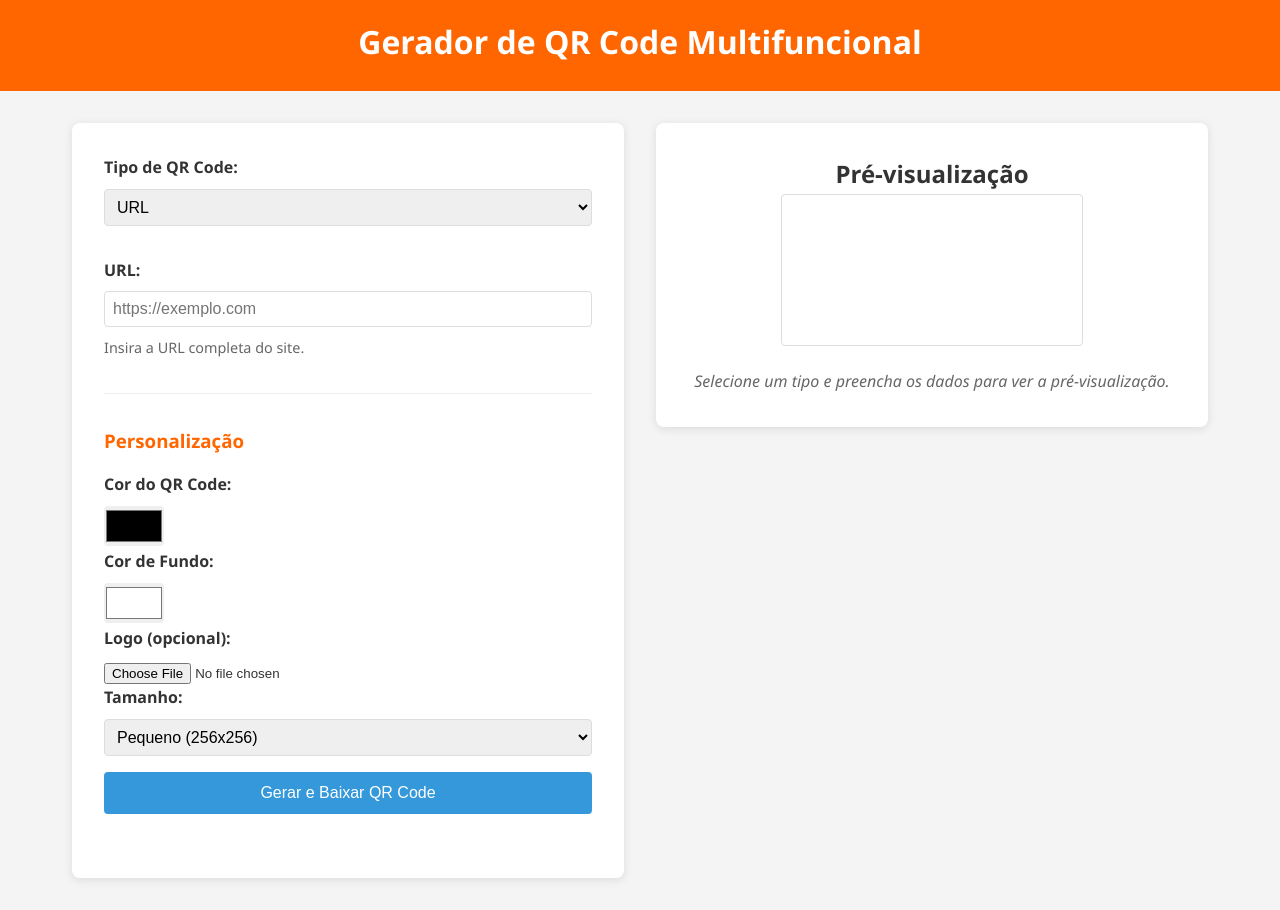
Repository: davyjales/qr-generator-site
Page: public/index.html
An editor plug-in stored every save of this project. The page is shown before and after the next save, followed by the edit.
The browser window is 1280 px wide. The pictures show the whole page.

Above is the page before, as saved 2025-10-22 21:54:11.

### public/index.html
<!DOCTYPE html>
<html lang="pt-BR">
<head>
  <meta charset="UTF-8">
  <meta name="viewport" content="width=device-width, initial-scale=1.0">
  <title>Gerador de QR Code Multifuncional</title>
  <link rel="stylesheet" href="style.css">
  <script src="https://cdnjs.cloudflare.com/ajax/libs/qrcodejs/1.0.0/qrcode.min.js"></script>
</head>
<body>
  <header>
    <h1>Gerador de QR Code Multifuncional</h1>
  </header>

  <main>
    <div class="container">
      <div class="form-section">
        <div class="type-selector">
          <label for="qr-type">Tipo de QR Code:</label>
          <select id="qr-type">
            <option value="url">URL</option>
            <option value="vcard">vCard Profissional</option>
            <option value="file">PDF ou Imagem</option>
            <option value="text">Texto</option>
            <option value="wifi">Wi-Fi</option>
          </select>
        </div>

        <form id="qr-form">
          <!-- URL Form -->
          <div id="url-form" class="form-group">
            <label for="url-input">URL:</label>
            <input type="url" id="url-input" name="url" placeholder="https://exemplo.com" required>
            <small>Insira a URL completa do site.</small>
          </div>

          <!-- vCard Form -->
          <div id="vcard-form" class="form-group hidden">
            <label for="name">Nome:</label>
            <input type="text" id="name" name="name" required>
            <label for="company">Empresa:</label>
            <input type="text" id="company">
            <label for="position">Cargo:</label>
            <input type="text" id="position">
            <label for="phone">Telefone:</label>
            <input type="tel" id="phone">
            <label for="email">E-mail:</label>
            <input type="email" id="email">
            <label for="website">Site:</label>
            <input type="url" id="website">
            <label for="address">Endereço:</label>
            <textarea id="address"></textarea>
            <small>Preencha os campos para gerar um cartão de contato profissional.</small>
          </div>

          <!-- File Upload Form -->
          <div id="file-form" class="form-group hidden">
            <label for="file-input">Arquivo (PDF ou Imagem):</label>
            <input type="file" id="file-input" accept=".pdf,.jpg,.jpeg,.png,.gif" required>
            <small>Faça upload de um PDF ou imagem. O QR code apontará para o download do arquivo.</small>
          </div>

          <!-- Text Form -->
          <div id="text-form" class="form-group hidden">
            <label for="text-input">Texto:</label>
            <textarea id="text-input" name="text" placeholder="Digite seu texto aqui..." required></textarea>
            <small>Insira qualquer texto que deseja codificar no QR code.</small>
          </div>

          <!-- Wi-Fi Form -->
          <div id="wifi-form" class="form-group hidden">
            <label for="ssid">Nome da Rede (SSID):</label>
            <input type="text" id="ssid" name="ssid" required>
            <label for="password">Senha:</label>
            <input type="password" id="password">
            <label for="security">Tipo de Segurança:</label>
            <select id="security">
              <option value="nopass">Nenhuma</option>
              <option value="WPA">WPA</option>
              <option value="WEP">WEP</option>
            </select>
            <small>Configure os detalhes da rede Wi-Fi para gerar um QR code de conexão.</small>
          </div>

          <!-- Customization Options -->
          <div class="customization">
            <h3>Personalização</h3>
            <label for="qr-color">Cor do QR Code:</label>
            <input type="color" id="qr-color" value="#000000">
            <label for="bg-color">Cor de Fundo:</label>
            <input type="color" id="bg-color" value="#FFFFFF">
            <label for="logo-input">Logo (opcional):</label>
            <input type="file" id="logo-input" accept="image/*">
            <label for="size">Tamanho:</label>
            <select id="size">
              <option value="256">Pequeno (256x256)</option>
              <option value="512">Médio (512x512)</option>
              <option value="1024">Grande (1024x1024)</option>
            </select>
          </div>

          <button type="submit" id="generate-btn">Gerar e Baixar QR Code</button>
        </form>

        <div id="message" class="message"></div>
      </div>

      <div class="preview-section">
        <h2>Pré-visualização</h2>
        <canvas id="qr-preview"></canvas>
        <p id="preview-text">Selecione um tipo e preencha os dados para ver a pré-visualização.</p>
      </div>
    </div>
  </main>

  <script src="script.js"></script>
</body>
</html>

### public/style.css
/* Reset and Base Styles */
* {
  margin: 0;
  padding: 0;
  box-sizing: border-box;
}

body {
  font-family: 'Segoe UI', Tahoma, Geneva, Verdana, sans-serif;
  line-height: 1.6;
  color: #333;
  background-color: #f4f4f4;
}

header {
  background-color: #ff6600;
  color: white;
  padding: 1rem 0;
  text-align: center;
}

header h1 {
  font-size: 2rem;
  margin-bottom: 0.5rem;
}

main {
  max-width: 1200px;
  margin: 0 auto;
  padding: 2rem;
}

.container {
  display: grid;
  grid-template-columns: 1fr 1fr;
  gap: 2rem;
  align-items: start;
}

.form-section {
  background-color: white;
  padding: 2rem;
  border-radius: 8px;
  box-shadow: 0 2px 10px rgba(0, 0, 0, 0.1);
}

.preview-section {
  background-color: white;
  padding: 2rem;
  border-radius: 8px;
  box-shadow: 0 2px 10px rgba(0, 0, 0, 0.1);
  text-align: center;
}

.type-selector {
  margin-bottom: 2rem;
}

.type-selector label {
  display: block;
  margin-bottom: 0.5rem;
  font-weight: bold;
}

.type-selector select {
  width: 100%;
  padding: 0.5rem;
  border: 1px solid #ddd;
  border-radius: 4px;
  font-size: 1rem;
}

.form-group {
  margin-bottom: 2rem;
}

.form-group.hidden {
  display: none;
}

.form-group label {
  display: block;
  margin-bottom: 0.5rem;
  font-weight: bold;
}

.form-group input,
.form-group textarea,
.form-group select {
  width: 100%;
  padding: 0.5rem;
  border: 1px solid #ddd;
  border-radius: 4px;
  font-size: 1rem;
  margin-bottom: 0.5rem;
}

.form-group textarea {
  resize: vertical;
  min-height: 100px;
}

.form-group small {
  color: #666;
  font-size: 0.9rem;
}

.customization {
  margin-top: 2rem;
  padding-top: 2rem;
  border-top: 1px solid #eee;
}

.customization h3 {
  margin-bottom: 1rem;
  color: #ff6600;
}

.customization label {
  display: block;
  margin-bottom: 0.5rem;
  font-weight: bold;
}

.customization input[type="color"] {
  width: 60px;
  height: 40px;
  border: none;
  border-radius: 4px;
  cursor: pointer;
}

.customization select {
  width: 100%;
  padding: 0.5rem;
  border: 1px solid #ddd;
  border-radius: 4px;
  font-size: 1rem;
}

button[type="submit"] {
  background-color: #3498db;
  color: white;
  padding: 0.75rem 1.5rem;
  border: none;
  border-radius: 4px;
  font-size: 1rem;
  cursor: pointer;
  transition: background-color 0.3s;
  width: 100%;
  margin-top: 1rem;
}

button[type="submit"]:hover {
  background-color: #2980b9;
}

button[type="submit"]:disabled {
  background-color: #bdc3c7;
  cursor: not-allowed;
}

.message {
  margin-top: 1rem;
  padding: 0.5rem;
  border-radius: 4px;
  text-align: center;
}

.message.success {
  background-color: #d4edda;
  color: #155724;
  border: 1px solid #c3e6cb;
}

.message.error {
  background-color: #f8d7da;
  color: #721c24;
  border: 1px solid #f5c6cb;
}

#qr-preview {
  max-width: 100%;
  height: auto;
  border: 1px solid #ddd;
  border-radius: 4px;
}

#preview-text {
  margin-top: 1rem;
  color: #666;
  font-style: italic;
}

/* Responsive Design */
@media (max-width: 768px) {
  .container {
    grid-template-columns: 1fr;
    gap: 1rem;
  }

  main {
    padding: 1rem;
  }

  .form-section,
  .preview-section {
    padding: 1rem;
  }

  header h1 {
    font-size: 1.5rem;
  }
}

@media (max-width: 480px) {
  .form-section,
  .preview-section {
    padding: 0.5rem;
  }

  .type-selector select,
  .form-group input,
  .form-group textarea,
  .form-group select,
  .customization select {
    font-size: 0.9rem;
  }

  button[type="submit"] {
    padding: 0.5rem 1rem;
    font-size: 0.9rem;
  }
}

### public/script.js
document.addEventListener('DOMContentLoaded', function() {
  const qrTypeSelect = document.getElementById('qr-type');
  const qrForm = document.getElementById('qr-form');
  const generateBtn = document.getElementById('generate-btn');
  const messageDiv = document.getElementById('message');
  const qrPreview = document.getElementById('qr-preview');
  const previewText = document.getElementById('preview-text');

  let currentQR = null;
  let uploadedFileId = null;

  // ⛔ Impede que o botão estilizado envie o form automaticamente
  qrForm.addEventListener('submit', function(e) {
    e.preventDefault(); // evita a validação automática de inputs ocultos
    handleGenerateClick(); // chama a lógica manual de geração e download
  });

  // Mostra/esconde formulários conforme o tipo selecionado
  qrTypeSelect.addEventListener('change', function() {
    const selectedType = this.value;
    showForm(selectedType);
    updatePreview();
  });

  function showForm(type) {
    // Remove required de todos os inputs invisíveis
    document.querySelectorAll('input[required], textarea[required]').forEach(el => el.removeAttribute('required'));

    // Esconde todos os grupos
    document.querySelectorAll('.form-group').forEach(group => group.classList.add('hidden'));

    // Mostra o grupo selecionado
    document.getElementById(`${type}-form`)?.classList.remove('hidden');

    // Define campos obrigatórios conforme o tipo
    switch(type) {
      case 'url':
        document.getElementById('url-input').setAttribute('required', '');
        break;
      case 'vcard':
        document.getElementById('name').setAttribute('required', '');
        break;
      case 'file':
        document.getElementById('file-input').setAttribute('required', '');
        break;
      case 'text':
        document.getElementById('text-input').setAttribute('required', '');
        break;
      case 'wifi':
        document.getElementById('ssid').setAttribute('required', '');
        break;
    }
  }

  // Upload de arquivo
  document.getElementById('file-input').addEventListener('change', async function(e) {
    const file = e.target.files[0];
    if (file) {
      const formData = new FormData();
      formData.append('file', file);

      try {
        const response = await fetch('/upload', { method: 'POST', body: formData });
        const result = await response.json();
        if (response.ok) {
          uploadedFileId = result.fileId;
          showMessage('Arquivo enviado com sucesso!', 'success');
          updatePreview();
        } else {
          showMessage(result.error || 'Erro ao enviar arquivo.', 'error');
        }
      } catch {
        showMessage('Erro ao enviar arquivo.', 'error');
      }
    }
  });

  // Atualiza preview quando campos mudam
  document.querySelectorAll('input, textarea, select').forEach(input => {
    input.addEventListener('input', updatePreview);
  });

  function updatePreview() {
    const type = qrTypeSelect.value;
    let data = '';

    switch (type) {
      case 'url':
        data = document.getElementById('url-input').value;
        break;
      case 'vcard':
        data = `BEGIN:VCARD\nVERSION:3.0\nFN:${document.getElementById('name').value}\nORG:${document.getElementById('company').value}\nTITLE:${document.getElementById('position').value}\nTEL:${document.getElementById('phone').value}\nEMAIL:${document.getElementById('email').value}\nURL:${document.getElementById('website').value}\nADR:${document.getElementById('address').value}\nEND:VCARD`;
        break;
      case 'file':
        data = uploadedFileId ? `http://localhost:3000/download/${uploadedFileId}` : '';
        break;
      case 'text':
        data = document.getElementById('text-input').value;
        break;
      case 'wifi':
        data = `WIFI:T:${document.getElementById('security').value};S:${document.getElementById('ssid').value};P:${document.getElementById('password').value};;`;
        break;
    }

    const ctx = qrPreview.getContext('2d');
    ctx.clearRect(0, 0, qrPreview.width, qrPreview.height);

    if (data && data.trim() !== '') {
      const qrColor = document.getElementById('qr-color').value;
      const bgColor = document.getElementById('bg-color').value;
      const size = parseInt(document.getElementById('size').value);

      const tempDiv = document.createElement('div');
      new QRCode(tempDiv, {
        text: data,
        width: size,
        height: size,
        colorDark: qrColor,
        colorLight: bgColor,
        correctLevel: QRCode.CorrectLevel.H
      });

      setTimeout(() => {
        const img = tempDiv.querySelector('img') || tempDiv.querySelector('canvas');
        if (img) {
          const newCanvas = document.createElement('canvas');
          newCanvas.width = size;
          newCanvas.height = size;
          const newCtx = newCanvas.getContext('2d');
          newCtx.drawImage(img, 0, 0, size, size);

          qrPreview.width = size;
          qrPreview.height = size;
          qrPreview.getContext('2d').drawImage(newCanvas, 0, 0);

          previewText.textContent = 'Pré-visualização do QR Code.';
        } else {
          previewText.textContent = 'Erro ao gerar pré-visualização.';
        }
      }, 200);
    } else {
      previewText.textContent = 'Selecione um tipo e preencha os dados para ver a pré-visualização.';
    }
  }

  // Lógica movida para função separada (usada no submit manual)
  async function handleGenerateClick() {
    const type = qrTypeSelect.value;
    let data = {};
    let isValid = true;

    switch (type) {
      case 'url':
        data.url = document.getElementById('url-input').value;
        if (!data.url) isValid = false;
        break;
      case 'vcard':
        data = {
          name: document.getElementById('name').value,
          company: document.getElementById('company').value,
          position: document.getElementById('position').value,
          phone: document.getElementById('phone').value,
          email: document.getElementById('email').value,
          website: document.getElementById('website').value,
          address: document.getElementById('address').value
        };
        if (!data.name) isValid = false;
        break;
      case 'file':
        if (!uploadedFileId) {
          showMessage('Por favor, faça upload de um arquivo primeiro.', 'error');
          return;
        }
        data.fileId = uploadedFileId;
        break;
      case 'text':
        data.text = document.getElementById('text-input').value;
        if (!data.text) isValid = false;
        break;
      case 'wifi':
        data = {
          ssid: document.getElementById('ssid').value,
          password: document.getElementById('password').value,
          security: document.getElementById('security').value
        };
        if (!data.ssid) isValid = false;
        break;
    }

    if (!isValid) {
      showMessage('Por favor, preencha todos os campos obrigatórios.', 'error');
      return;
    }

    const options = {
      color: document.getElementById('qr-color').value,
      bgColor: document.getElementById('bg-color').value,
      size: parseInt(document.getElementById('size').value)
    };

    const logoInput = document.getElementById('logo-input');
    if (logoInput.files[0]) {
      const reader = new FileReader();
      reader.onload = e => {
        options.logo = e.target.result;
        generateQR(type, data, options);
      };
      reader.readAsDataURL(logoInput.files[0]);
    } else {
      generateQR(type, data, options);
    }
  }

  // Função que gera e baixa o QR Code
  async function generateQR(type, data, options) {
    generateBtn.disabled = true;
    generateBtn.textContent = 'Gerando...';

    try {
      const response = await fetch('/api/qr', {
        method: 'POST',
        headers: { 'Content-Type': 'application/json' },
        body: JSON.stringify({ type, data, options })
      });

      if (!response.ok) throw new Error('Erro ao gerar QR Code.');

      const blob = await response.blob();
      const url = URL.createObjectURL(blob);
      const a = document.createElement('a');
      a.href = url;
      a.download = `qr-code-${type}.png`;
      document.body.appendChild(a);
      a.click();
      a.remove();
      URL.revokeObjectURL(url);

      showMessage('QR Code gerado e baixado com sucesso!', 'success');
    } catch (err) {
      showMessage(err.message || 'Erro ao gerar QR Code.', 'error');
    } finally {
      generateBtn.disabled = false;
      generateBtn.textContent = 'Gerar e Baixar QR Code';
    }
  }

  function showMessage(text, type) {
    messageDiv.textContent = text;
    messageDiv.className = `message ${type}`;
    setTimeout(() => {
      messageDiv.textContent = '';
      messageDiv.className = 'message';
    }, 5000);
  }

  // Inicializa o formulário
  showForm(qrTypeSelect.value);
});

After the next save:
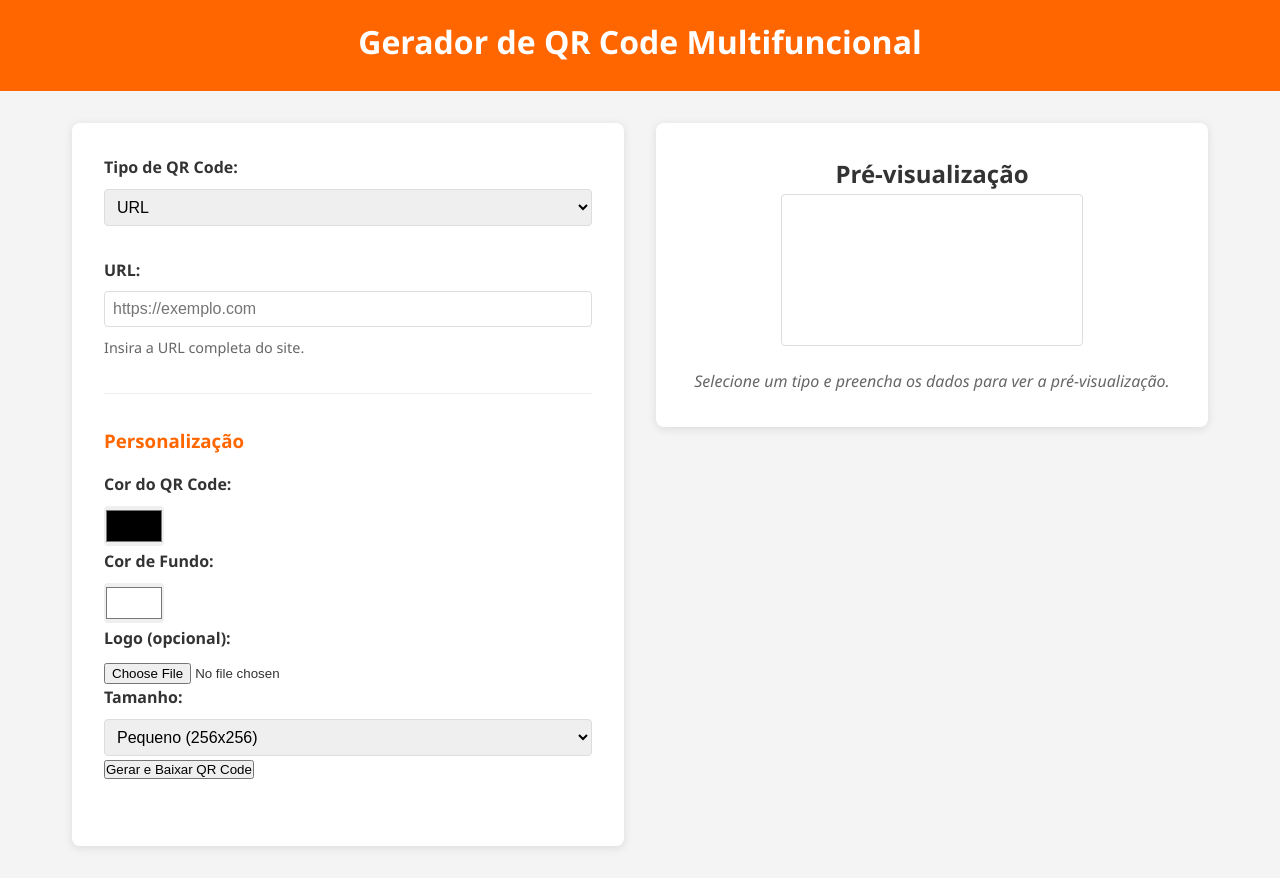
Saved 98 s later.
--- a/public/index.html
+++ b/public/index.html
@@ -99,7 +99,7 @@
             </select>
           </div>
 
-          <button type="submit" id="generate-btn">Gerar e Baixar QR Code</button>
+          <button type="button" id="generate-btn">Gerar e Baixar QR Code</button>
         </form>
 
         <div id="message" class="message"></div>

After the 5 saves that followed:
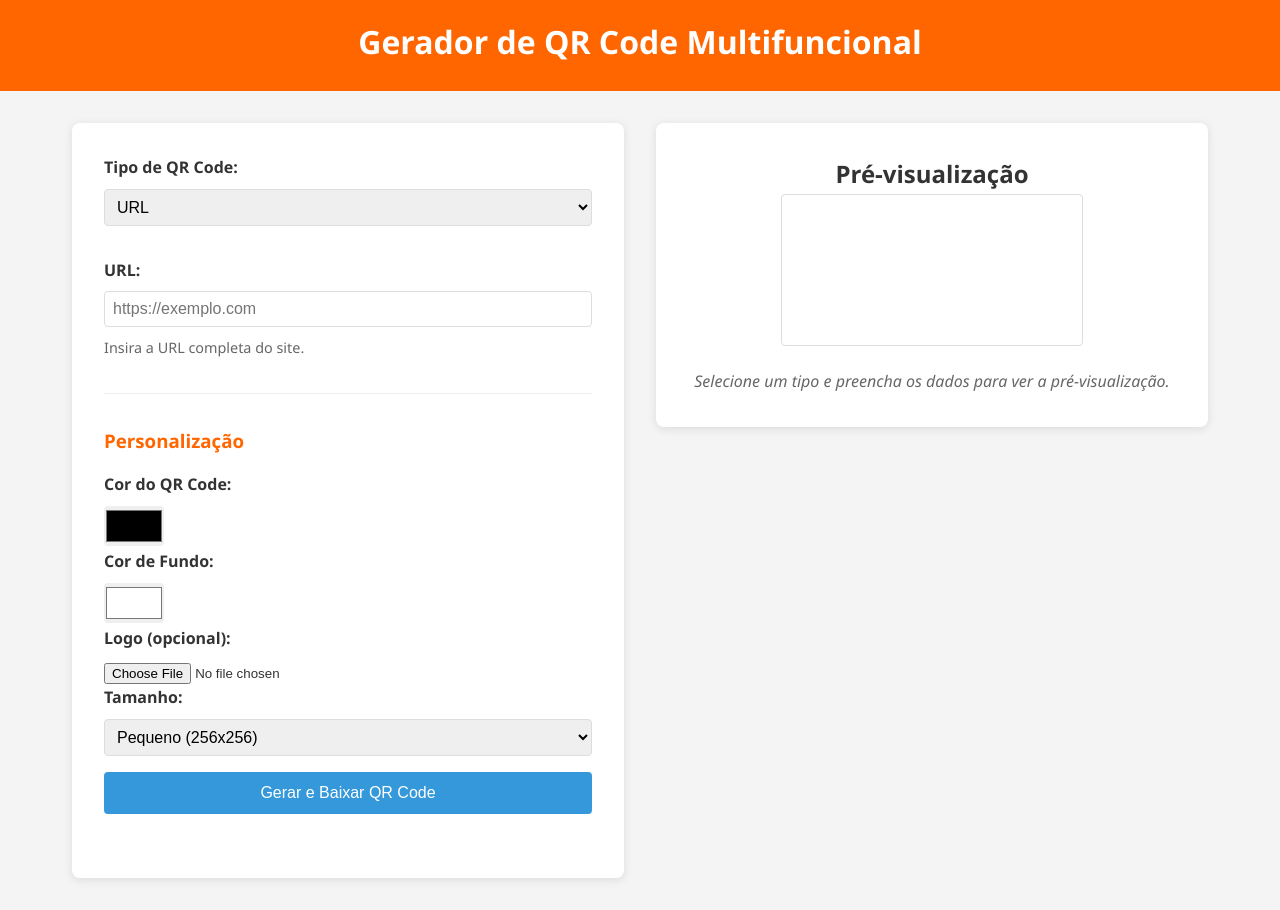
The 5 saves are shown as one change because 3 left the picture as it was and some came seconds apart.
The last was saved 3 min 59 s later.
--- a/public/style.css
+++ b/public/style.css
@@ -138,7 +138,7 @@ main {
   font-size: 1rem;
 }
 
-button[type="submit"] {
+#generate-btn {
   background-color: #3498db;
   color: white;
   padding: 0.75rem 1.5rem;
@@ -151,11 +151,11 @@ button[type="submit"] {
   margin-top: 1rem;
 }
 
-button[type="submit"]:hover {
+#generate-btn:hover {
   background-color: #2980b9;
 }
 
-button[type="submit"]:disabled {
+#generate-btn:disabled {
   background-color: #bdc3c7;
   cursor: not-allowed;
 }
--- a/public/script.js
+++ b/public/script.js
@@ -2,6 +2,7 @@ document.addEventListener('DOMContentLoaded', function() {
   const qrTypeSelect = document.getElementById('qr-type');
   const qrForm = document.getElementById('qr-form');
   const generateBtn = document.getElementById('generate-btn');
+  generateBtn.addEventListener('click', handleGenerateClick);
   const messageDiv = document.getElementById('message');
   const qrPreview = document.getElementById('qr-preview');
   const previewText = document.getElementById('preview-text');
@@ -9,11 +10,7 @@ document.addEventListener('DOMContentLoaded', function() {
   let currentQR = null;
   let uploadedFileId = null;
 
-  // ⛔ Impede que o botão estilizado envie o form automaticamente
-  qrForm.addEventListener('submit', function(e) {
-    e.preventDefault(); // evita a validação automática de inputs ocultos
-    handleGenerateClick(); // chama a lógica manual de geração e download
-  });
+
 
   // Mostra/esconde formulários conforme o tipo selecionado
   qrTypeSelect.addEventListener('change', function() {
